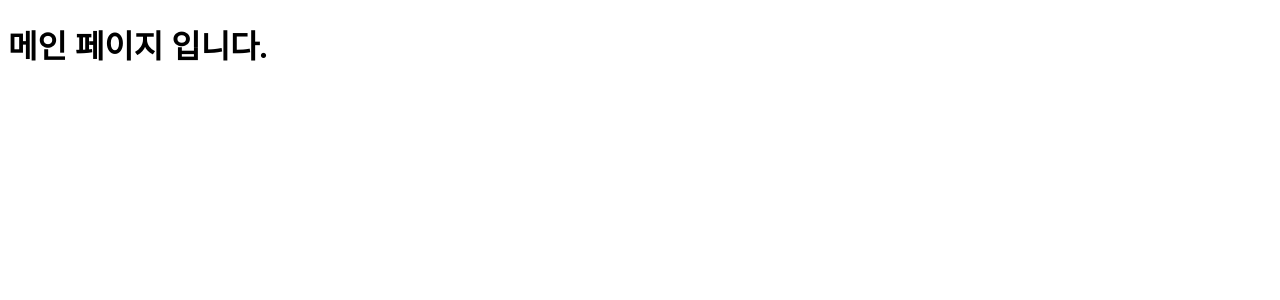
Repository: YooMyeongSeon/JSP_Servlet_Study
Page: http://localhost/web04/Ex_09_main.jsp
These files come from the project's save history. The page is drawn as it stood at one moment and after the next save; the edit follows.
The browser window is 1280 px wide. The pictures show the whole page.
The page is served by Tomcat 9.

Above is the page before, as saved 2022-06-09 02:00:52.

After the next save:
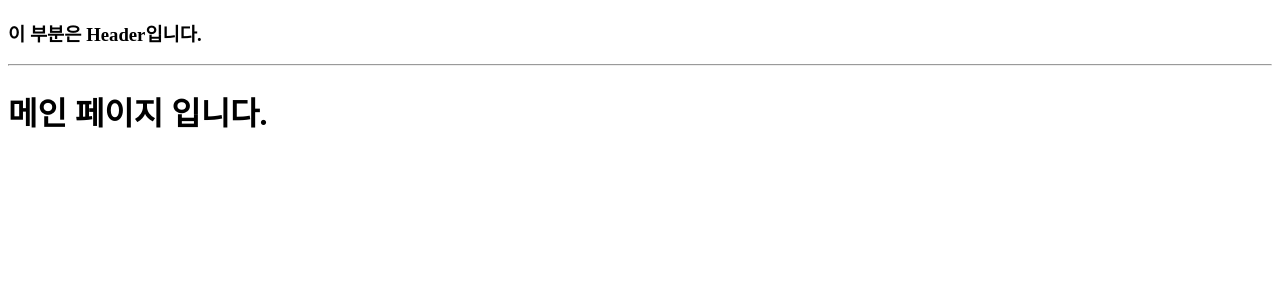
Saved 41 s later.
--- a/web04/WebContent/Ex_09_main.jsp
+++ b/web04/WebContent/Ex_09_main.jsp
@@ -7,6 +7,8 @@
 <title>Insert title here</title>
 </head>
 <body>
+	<jsp:include page="Ex_09_header.jsp"/>
 	<h1>메인 페이지 입니다.</h1>
+	<jsp:include page=""/>
 </body>
 </html>
